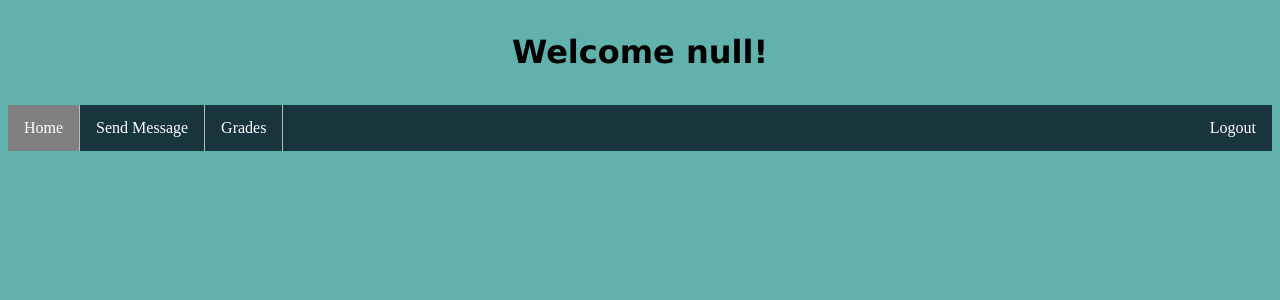
Repository: orsolyanemet/WebProject
Page: http://localhost/Project/userhome.jsp
These files come from the project's save history. The page is drawn as it stood at one moment and after the next save; the edit follows.
The browser window is 1280 px wide. The pictures show the whole page.
The page is served by Tomcat 9. Nobody is signed in. The application's start-up code is not run.

Above is the page before, as saved 2018-06-11 20:33:50.

After the next save:
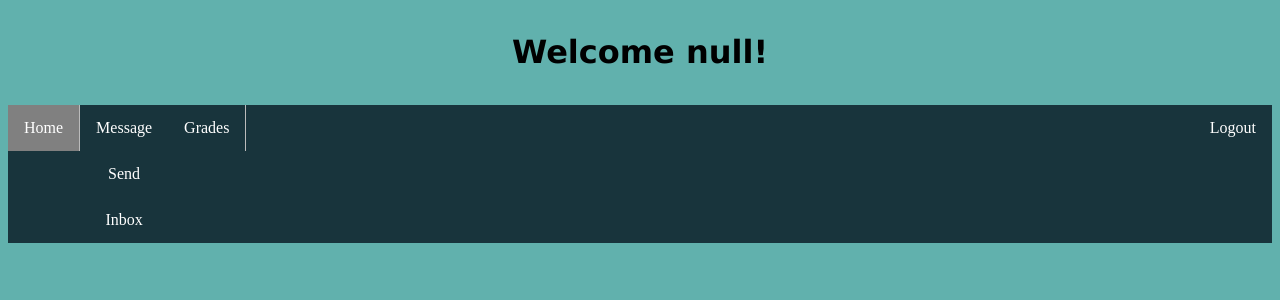
Saved 5 min 41 s later.
--- a/Project/WebContent/userhome.jsp
+++ b/Project/WebContent/userhome.jsp
@@ -14,7 +14,13 @@
 	</h1>
 	<ul>
 		<li><a class="active" href="userhome.jsp">Home</a></li>
-		<li><a href="">Send Message</a></li>
+		<div class="dropdown">
+			<li class="dropbtn"><a href="">Message</a>
+				<div class="dropdown-content">
+					<a href="admin/Send.jsp">Send</a> <a href="admin/Inbox.jsp">Inbox</a>
+				</div>
+		</div>
+		</li>
 		<li><a href="">Grades</a></li>
 		<li class="right" onclick="logout('')"><a href="">Logout</a></li>
 	</ul>
